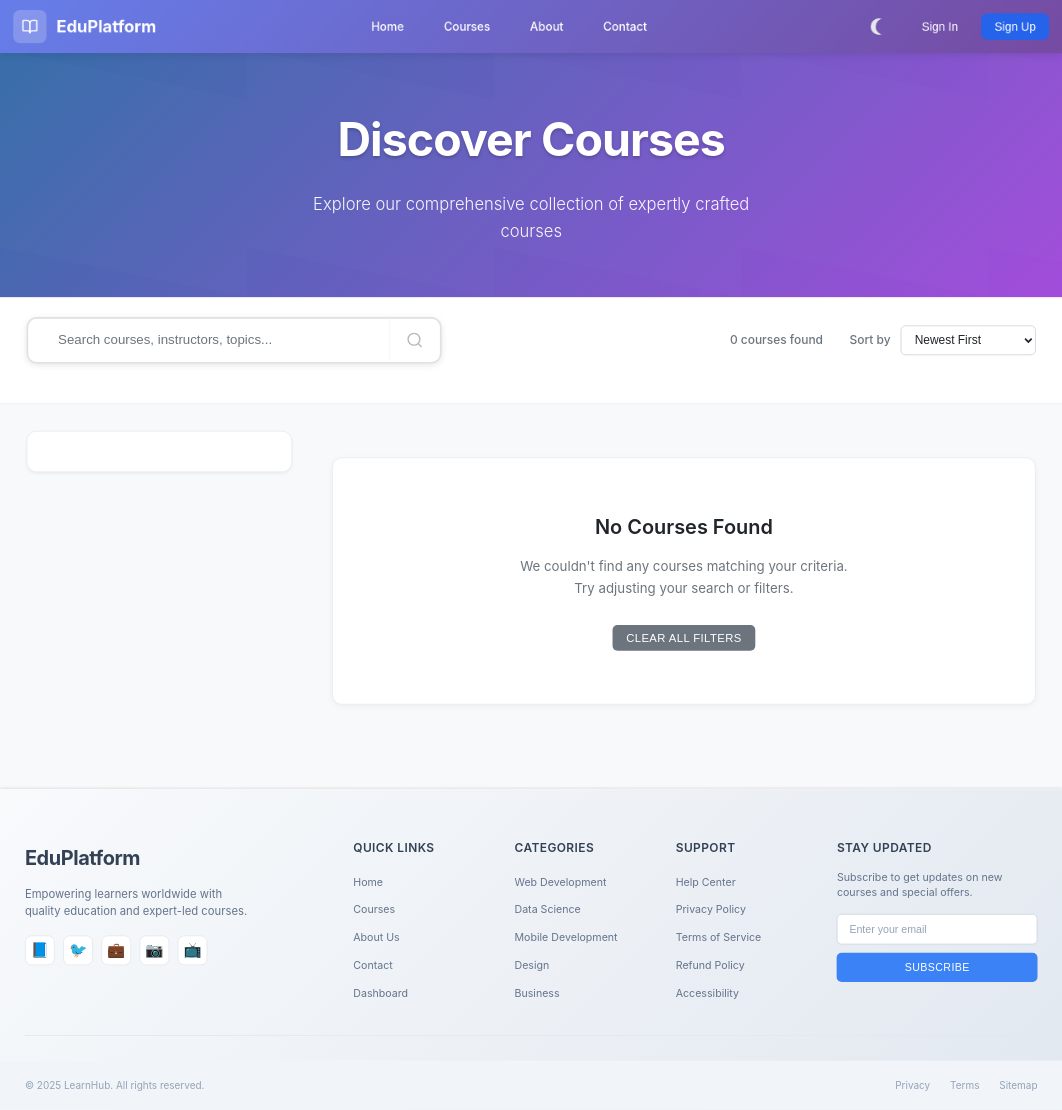
Repository: usama2132/E-Learning
Page: /#/courses (app in client/)
An editor plug-in stored every save of this project. The page is shown before and after the next save, followed by the edit.
The browser window is 1280 px wide. The pictures show the whole page, at 83% of full size.
The page's requests for data from a server got no answer. The project was rebuilt for these pictures with package versions that can differ from the ones it lists, and the page was loaded fresh each time. No one was signed in, and anything a server would have sent is missing. Also part of the build but not shown: client/craco.config.js, client/src/components/common/Sidebar.js, client/src/layouts/DashboardLayout.js, client/src/styles/components/Loading.css, client/src/components/common/Loading.js, client/src/components/common/ProtectedRoute.js, client/src/styles/components/ErrorBoundary.css, client/src/components/common/ErrorBoundary.js and 96 more.

Above is the page before, as saved 2025-09-03 03:43:14.

After the next save:
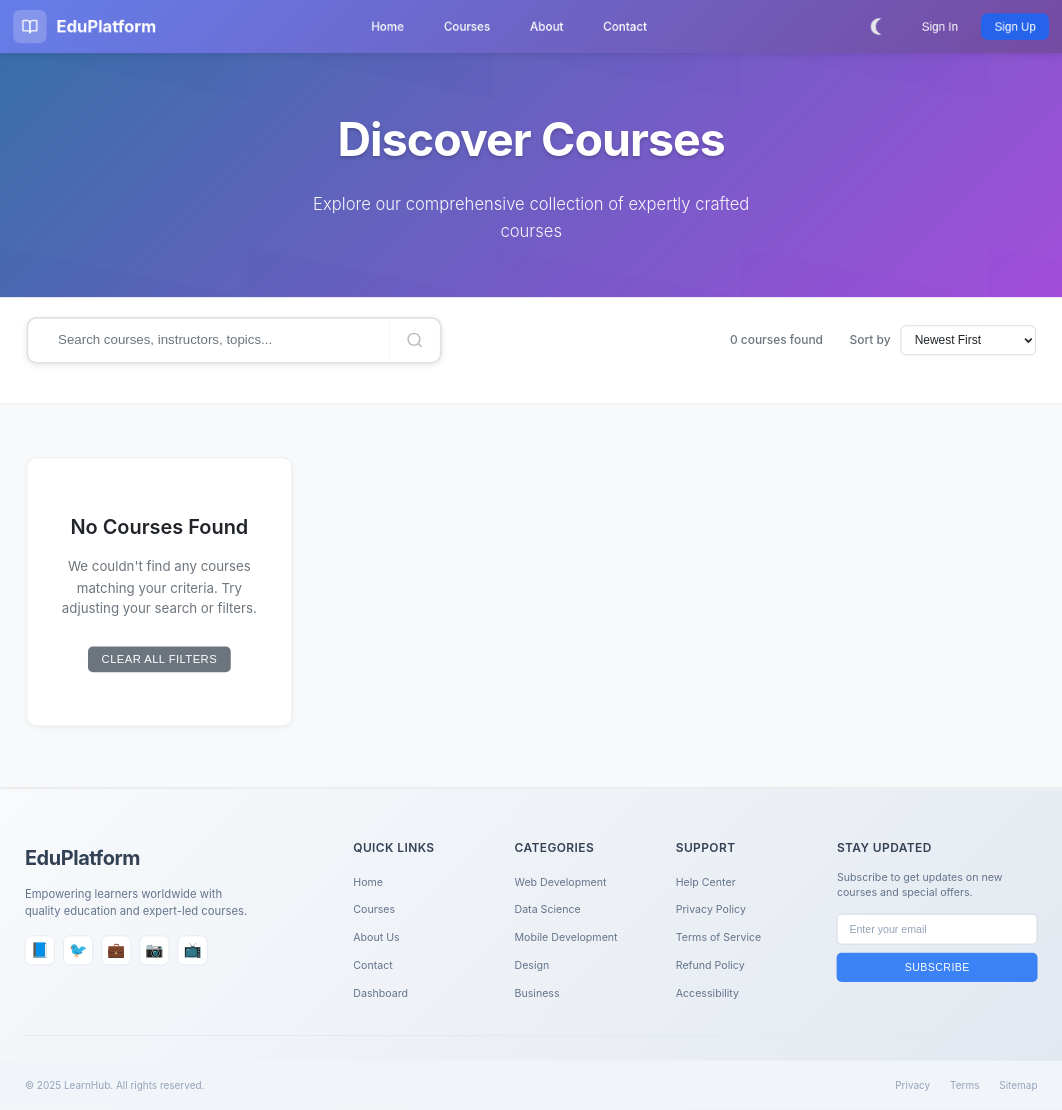
Saved 46 s later.
--- a/client/src/pages/Courses.js
+++ b/client/src/pages/Courses.js
@@ -372,11 +372,7 @@ const Courses = () => {
 
       {/* Main Content */}
       <div className="courses-page__content">
-        {/* Filters Sidebar */}
-        <aside className="courses-page__sidebar">
-          <div className="courses-page__filters-container">
-          </div>
-        </aside>
+
 
         {/* Courses Grid */}
         <main className="courses-page__main">
